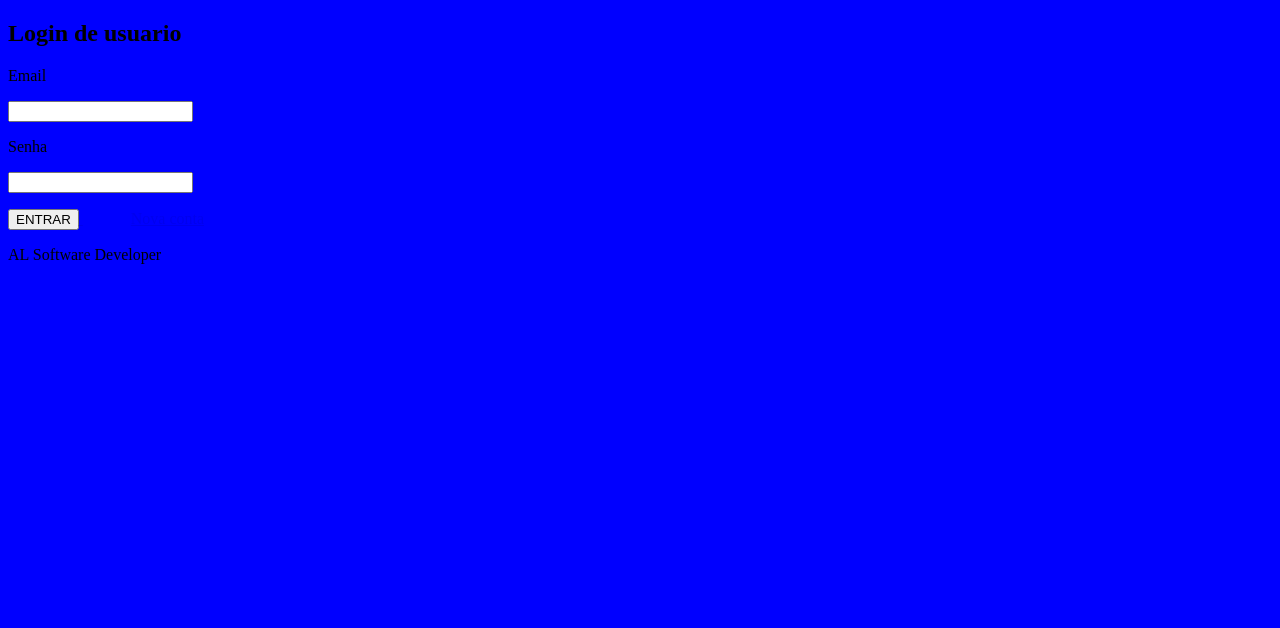
Repository: alessandro405/Primeiro-Projeto
Page: http://localhost/meu-projeto/login
These files come from the project's save history. The page is drawn as it stood at one moment and after the next save; the edit follows.
The browser window is 1280 px wide. The pictures show the whole page.
The page is served by Tomcat 9. Other server files are loaded and not shown.

Above is the page before, as saved 2022-04-20 23:18:14.

### MeuProjeto/meu-projeto/src/main/webapp/WEB-INF/paginas/Login.jsp
<%@ page language="java" contentType="text/html; charset=ISO-8859-1"
    pageEncoding="ISO-8859-1"%>
<%@ taglib uri="http://java.sun.com/jsp/jstl/core" prefix="jstl" %>

<!DOCTYPE html>
<html>
<head>
	<link href="CSS/css.login/login.css" rel="stylesheet">
<meta charset="ISO-8859-1">
<title>Login de usuario</title>
</head>
<body>
	<%
		String erro = (String) request.getAttribute("erro");
		String erro2 = (String) request.getAttribute("erro2");
	%>
	<div class="login-box">
	<h2>Login de usuario</h2>
	<form method = "post" action="${pageContext.request.contextPath}/login">
		<div class="user-box">
		<p>Email</P>
		<p><input type= "text" name= "email"></p>
		</div>
		<div class="user-box">
		<p>Senha</P>
		<p><input type= "text" name= "senha"></p>
		</div>
		<a href="#">
          <span></span>
          <span></span>
          <span></span>
          <span></span>
		<button type= "submit" >ENTRAR</button>
		</a>
		&nbsp;&nbsp;&nbsp;&nbsp;&nbsp;&nbsp;&nbsp;&nbsp;&nbsp;&nbsp;&nbsp;
		<a class="nova-conta" href="${pageContext.request.contextPath}/nova">Nova conta</a>
		<p><%
			if(erro != null){
				out.print(erro);
			} else if(erro2 != null){
				out.print(erro2);
			}
		%></P>
	</form>
	</div>
	<footer>AL Software Developer</footer>
</body>
</html>

### MeuProjeto/meu-projeto/src/main/java/br/com/devjunior/servlets/Login.java
package br.com.devjunior.servlets;

import java.io.IOException;
import java.sql.SQLException;

import javax.servlet.RequestDispatcher;
import javax.servlet.ServletException;
import javax.servlet.annotation.WebServlet;
import javax.servlet.http.HttpServlet;
import javax.servlet.http.HttpServletRequest;
import javax.servlet.http.HttpServletResponse;
import javax.servlet.http.HttpSession;

import entidades.Usuario;
import impl.UsuarioRepositorioJDBC;

@WebServlet(urlPatterns = { "/login" })
public class Login extends HttpServlet {
	/**
	 *
	 */
	private static final long serialVersionUID = -2706311068111453632L;

	@Override
	protected void doGet(HttpServletRequest req, HttpServletResponse resp) throws ServletException, IOException {
		RequestDispatcher dispatcher = req.getServletContext().getRequestDispatcher("/WEB-INF/paginas/Login.jsp");
		dispatcher.forward(req, resp);
	}

	@Override
	protected void doPost(HttpServletRequest request, HttpServletResponse resp) throws ServletException, IOException {
		UsuarioRepositorioJDBC aut = new UsuarioRepositorioJDBC();
		Usuario novoContato = new Usuario();
		novoContato.setEmail(request.getParameter("email"));
		novoContato.setSenha(request.getParameter("senha"));

		try {
			Usuario usu = aut.autenticar(novoContato);

			if(usu != null) {

				HttpSession session = request.getSession();
				session.setAttribute("usuarioLogado", novoContato);

				resp.sendRedirect(request.getContextPath() + "/lista");

			}else {
				request.setAttribute("erro", "Email ou senha invalido");
				RequestDispatcher dispatcher = request.getServletContext().getRequestDispatcher("/WEB-INF/paginas/Login.jsp");
				dispatcher.forward(request, resp);

			}

		} catch (SQLException e) {
			request.getSession().setAttribute("mensagemErro", e.getMessage());

		}

	}

}

### MeuProjeto/meu-projeto/src/main/webapp/CSS/css.login/login.css
/* html {
  height: 100%;
}
body {
  margin: 0;
  padding: 0;
  font-family: sans-serif;
  background: linear-gradient(#000000, #434343);
}

.login-box {
  position: absolute;
  top: 50%;
  left: 50%;
  width: 400px;
  padding: 40px;
  transform: translate(-50%, -50%);
  background: rgba(0, 0, 0, 0.5);
  box-sizing: border-box;
  box-shadow: 0 15px 25px rgba(0, 0, 0, 0.6);
  border-radius: 10px;
}
 */

body {

  background-color: blue;
 }

After the next save:
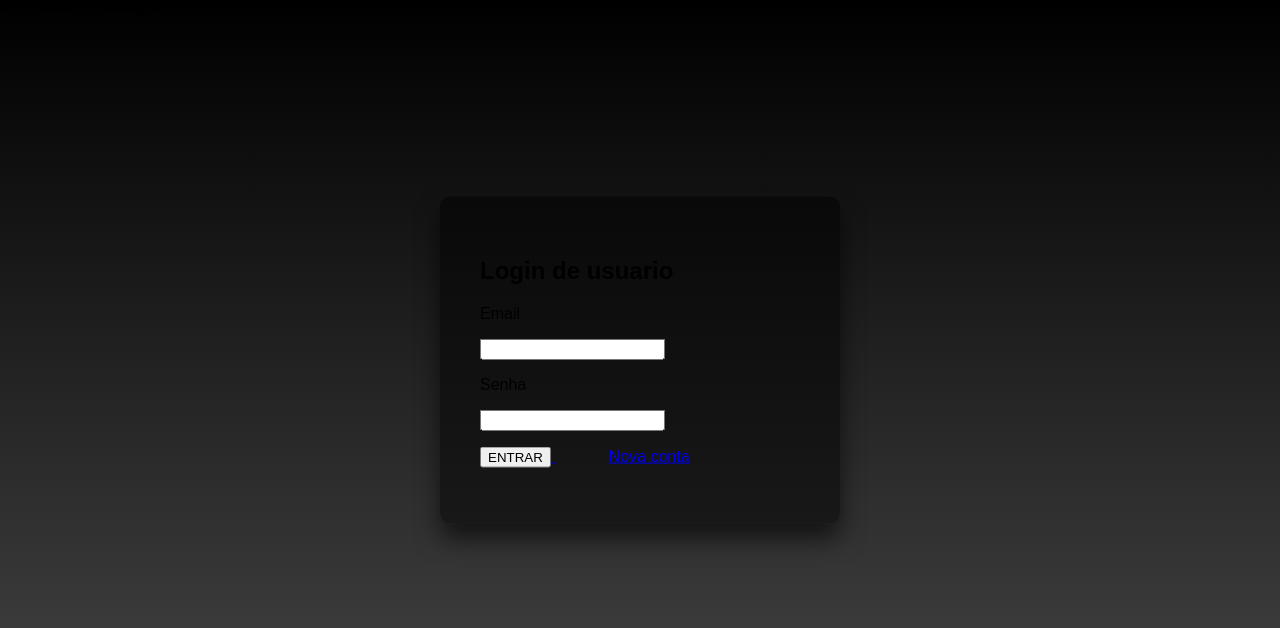
Saved 12 min 41 s later.
--- a/MeuProjeto/meu-projeto/src/main/webapp/CSS/css.login/login.css
+++ b/MeuProjeto/meu-projeto/src/main/webapp/CSS/css.login/login.css
@@ -1,4 +1,4 @@
-/* html {
+html {
   height: 100%;
 }
 body {
@@ -20,9 +20,3 @@ body {
   box-shadow: 0 15px 25px rgba(0, 0, 0, 0.6);
   border-radius: 10px;
 }
- */
-
-body {
-
-  background-color: blue;
- }
